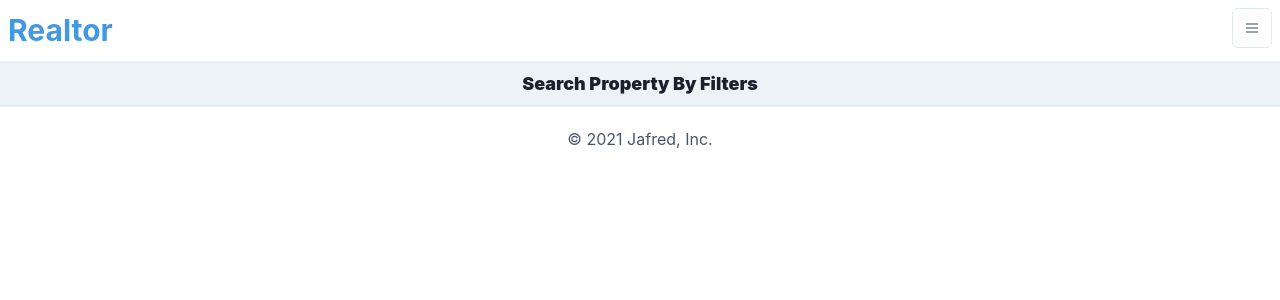
Repository: jafredk/Realestate
Page: /search
These files come from the project's save history. The page is drawn as it stood at one moment and after the next save; the edit follows.
The browser window is 1280 px wide. The pictures show the whole page.
The project was rebuilt for these pictures with package versions that can differ from the ones it lists, and the page was loaded fresh each time. The framework's server and built-in components were replaced by stand-ins that run in the browser. Also part of the build but not shown: next.config.js.

Above is the page before, as saved 2022-01-27 12:10:13.

### pages/_app.js
import Router from 'next/router';
import Head from 'next/head';
import NProgress from 'nprogress';
import { ChakraProvider } from '@chakra-ui/react';

import Layout from '../components/Layout';

function MyApp({ Component, pageProps }) {
  return (
    <>
      <Head>

      </Head>

      <ChakraProvider>
        <Layout>
          <Component {...pageProps} />
        </Layout>
      </ChakraProvider>
    </>
  )
}

export default MyApp

### pages/search.js
import { useState } from 'react';
import { useRouter } from 'next/router';
import Image from 'next/image'
import { Flex, Box, Text, Icon } from '@chakra-ui/react';
import { BsFilter } from 'react-icons/bs';



const Search = ({ properties }) => {
    const [searchFilters, setSearchFilters] = useState(false);
    const router = useRouter();

    return (
        <Box>
            <Flex
             onClick={() => setSearchFilters(!searchFilters)}
             cursor='pointer'
             bg='gray.100'
             borderBottom='1px'
             borderColor='gray.200'
             p='2'
             fontWeight='black'
             fontSize='lg'
             justifyContent='center'
             alignItems='center'
            >
                <Text>Search Property By Filters</Text>

            </Flex>
        </Box>
    )
}

export default Search;

### components/Layout.jsx
import Head from 'next/head';
import { Box } from '@chakra-ui/react';
import Navbar from './Navbar';
import Footer from './Footer';


export default function Layout({ children }) {
  return (
    <>
      <Head>
        <title>Real Estate</title>
      </Head>
      <Box maxWidth='1280px' m='auto'>
        <header>
          <Navbar />
        </header>
        <main>
            {children}
        </main>
        <footer>
          <Footer />
        </footer>
      </Box>
    </>
  );
}

### components/Navbar.jsx
import Link from 'next/link';
import { Menu, MenuButton, MenuList, MenuItem, IconButton, Flex, Box, Spacer } from '@chakra-ui/react';
import { FcMenu, FcHome, FcAbout } from 'react-icons/fc';
import { BsSearch } from 'react-icons/bs';
import { FiKey } from 'react-icons/fi';


const Navbar = () => (
    <Flex p='2' borderBottom='1px' borderColor='gray.100'>
      <Box fontSize='3xl' color='blue.400' fontWeight='bold'>
        <Link href='/' paddingLeft='2'>Realtor</Link>
      </Box>
      <Spacer />
      <Box>
        <Menu>
          <MenuButton as={IconButton} icon={<FcMenu />} variant='outline' color='red.400' />
          <MenuList>
            <Link href='/' passHref>
              <MenuItem icon={<FcHome />}>Home</MenuItem>
            </Link>
            <Link href='/search' passHref>
              <MenuItem icon={<BsSearch />}>Search</MenuItem>
            </Link>
            <Link href='/search?purpose=for-sale' passHref>
              <MenuItem icon={<FcAbout />}>Buy Property</MenuItem>
            </Link>
            <Link href='/search?purpose=for-rent' passHref>
              <MenuItem icon={<FiKey />}>Rent Property</MenuItem>
            </Link>
          </MenuList>
        </Menu>
      </Box>
    </Flex>
  );

  export default Navbar;

### components/Footer.jsx
import { Box } from '@chakra-ui/layout';

const Footer = () => (
  <Box textAlign='center' p='5' color='gray.600' borderTop='1px' borderColor='gray.100'>
    © 2021 Jafred, Inc.
  </Box>
);

export default Footer;

After the next save:
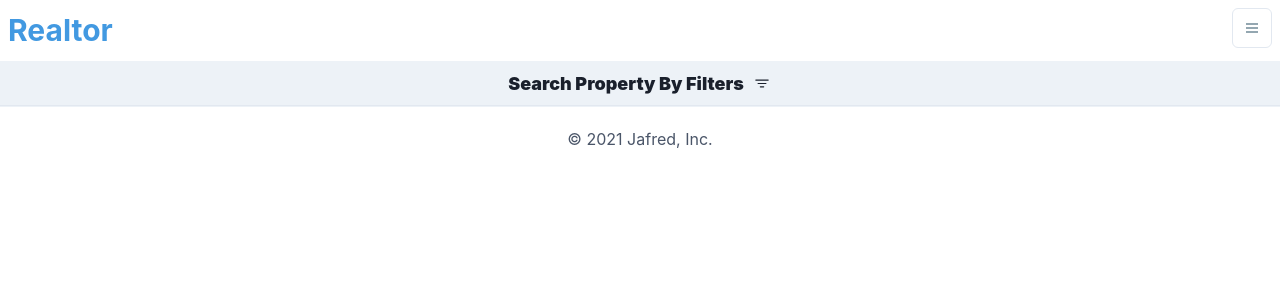
Saved 49 s later.
--- a/pages/search.js
+++ b/pages/search.js
@@ -24,7 +24,8 @@ const Search = ({ properties }) => {
              justifyContent='center'
              alignItems='center'
             >
-                <Text>Search Property By Filters</Text>
+            <Text>Search Property By Filters</Text>
+            <Icon paddingLeft='2' w='7' as={BsFilter} />
 
             </Flex>
         </Box>
